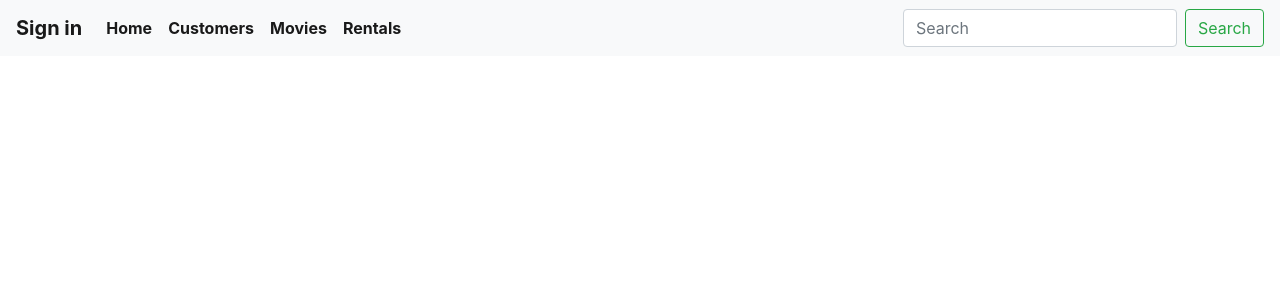
Repository: messimacky/Movie-Rental-System-Front-End
Page: /navbar
The author's editor kept a copy of each file at every save. The page is drawn from the files as they stood at one save, then again after the next save.
The browser window is 1280 px wide. The pictures show the whole page.
The project was rebuilt for these pictures with package versions that can differ from the ones it lists, and the page was loaded fresh each time. Also part of the build but not shown: src/http-common.js, src/services/movie.service.js, src/components/AddMovie.js, src/components/MoviesList.js, src/components/NotFound.js, src/components/login/Login.js, src/services/customer.service.js, src/components/AddCustomer.js and 7 more.

Above is the page before, as saved 2022-04-25 15:51:54.

### src/App.js
import { BrowserRouter as Router, Switch, Route } from 'react-router-dom';
import AddMovie from './components/AddMovie';
import MoviesList from "./components/MoviesList";
import NotFound from "./components/NotFound";
import Login from './components/login/Login';
import AddCustomer from './components/AddCustomer'
import CustomersList from './components/CustomerList';
import RentalsList from './components/RentalsList';
import AddRental from './components/AddRental';
import Home from './components/Home';
import Signup from './components/signup/Signup';
import Navbar from './components/Navbar';
function App() {
  return (
    <Router>
      <div>
        <Switch>

          <Route path="/navbar" component={Navbar} />

          <Route exact path="/" component={Home} />
          <Route exact path="/movies" component={MoviesList} />
          <Route path="/add-movie" component={AddMovie} />
          <Route path="/movies/edit/:id" component={AddMovie} />




          <Route exact path="/customers" component={CustomersList} />
          <Route path="/add-customer" component={AddCustomer} />
          <Route path="/customers/edit/:id" component={AddCustomer} />



          <Route path="/login" component={Login} />
          <Route path="/signup" component={Signup} />


          <Route exact path="/rentals" component={RentalsList} />
          <Route exact path="/add-rental" component={AddRental} />
          <Route path="/rentals/edit/:id" component={AddRental} />


          <Route path="*" component={NotFound} />
        </Switch>
      </div>
    </Router>
  )
}

export default App;

### src/components/Navbar.js
const Navbar = () => {
    return (
        <nav className="navbar navbar-expand-lg navbar-light bg-light">
            <a className="navbar-brand" href="login"> <b>Sign in</b> </a>
            <button className="navbar-toggler" type="button" data-toggle="collapse" data-target="#navbarSupportedContent" aria-controls="navbarSupportedContent" aria-expanded="false" aria-label="Toggle navigation">
                <span className="navbar-toggler-icon"></span>
            </button>

            <div className="collapse navbar-collapse" id="navbarSupportedContent">
                <ul className="navbar-nav mr-auto">
                    <li className="nav-item active">
                        <a className="nav-link" href="/"> <b>Home</b> <span class="sr-only">(current)</span></a>
                    </li>

                    <ul className="navbar-nav mr-auto">
                        <li className="nav-item active">
                            <a className="nav-link" href="/customers"> <b>Customers</b> <span class="sr-only">(current)</span></a>
                        </li>

                    </ul>


                    <ul className="navbar-nav mr-auto">
                        <li className="nav-item active">
                            <a className="nav-link" href="/movies"> <b>Movies</b> <span class="sr-only">(current)</span></a>
                        </li>

                    </ul>

                    <ul className="navbar-nav mr-auto">
                        <li className="nav-item active">
                            <a className="nav-link" href="/rentals"> <b>Rentals</b> <span class="sr-only">(current)</span></a>
                        </li>

                    </ul>


                </ul>
                <form className="form-inline my-2 my-lg-0">
                    <input className="form-control mr-sm-2" type="search" placeholder="Search" aria-label="Search" />
                    <button className="btn btn-outline-success my-2 my-sm-0" type="submit">Search</button>
                </form>
            </div>
        </nav>


    );
}

export default Navbar;

### src/components/login/Login.css
body {
    margin: 0;
    padding: 0;
    /* font-family: sans-serif; */
    background-size: cover;
    background-repeat: no-repeat;
}



.form {
    position: absolute;
    top: 50%;
    left: 50%;
    border: none;
    transform: translate(-50%, -50%);
    width: 400px;
    min-height: 450px;
    background-color: #fff;
    box-shadow: 0 15px 50px rgba(0, 0, 0, 0.5);
    padding: 50px;
    box-sizing: border-box;

    /* background: url(data:[embedded picture, 5679 characters]); */
    /* background: url(https://picsum.photos/3000/2000/?image=1015); */



}

.form h2 {
    margin-left: 60px;
    margin-top: 40px;
    color: white;
    /* margin: 30 0 40px; */
    padding: 0;
    color: black;
}

.form .input-box {
    position: relative;
    margin: 5px 0;
}

.form .input-box input {
    width: 100%;
    font-size: px;
    border: none;
    border-bottom: 2px solid #777;
    outline: none;
    padding: 10px;
    padding-left: 30px;
    box-sizing: border-box;
    font-weight: bold;
    color: #777;
}

.form .input-box input:focus,
.form .input-box input:valid {
    border-bottom-color: #03a9f4;
}

.form .input-box .fa {
    position: absolute;
    top: 8px;
    left: 5px;
    font-size: 18px;
    color: #777;
}

.form .input-box input[type="submit"] {
    border: none;
    cursor: pointer;
    background-color: #03a9f4;
    color: #fff;
    font-weight: bold;
    transition: 0.5s;
}

.form .input-box input[type="submit"]:hover {
    background-color: #ff4987;

}

.form a {
    text-decoration: none;
    color: black;

    margin-top: 4px;
    margin-left: 170px;
    /* font-weight: bold; */
    display: inline-block;
    transition: 0.5s;
}


.submit {
    margin-top: 30px;
    margin-left: 30px;


}

.form a {
    margin-top: 20px;
    margin-left: 50px;
    color: black;
    color: blue;
}

.form button {
    margin-top: 10px;
    margin-left: 50px;
    color: black;
    outline: invert;

}

.form button :hover {

    color: blue;
}

### src/components/AddCustomer.css
body {
    margin: 0;
    padding: 0;
    /* font-family: sans-serif; */
    background-size: cover;
    background-repeat: no-repeat;
}



.form {
    position: absolute;
    top: 50%;
    left: 50%;
    border: none;
    transform: translate(-50%, -50%);
    width: 400px;
    min-height: 450px;
    background-color: #fff;
    box-shadow: 0 15px 50px rgba(0, 0, 0, 0.5);
    padding: 50px;
    box-sizing: border-box;

    /* background: url(data:[embedded picture, 5679 characters]); */
    /* background: url(https://picsum.photos/3000/2000/?image=1015); */



}

.form h2 {
    margin-left: 60px;
    margin-top: 40px;
    color: white;
    /* margin: 30 0 40px; */
    padding: 0;
    color: black;
}

.form .input-box {
    position: relative;
    margin: 5px 0;
}

.form .input-box input {
    width: 100%;
    font-size: px;
    border: none;
    border-bottom: 2px solid #777;
    outline: none;
    padding: 10px;
    padding-left: 30px;
    box-sizing: border-box;
    font-weight: bold;
    color: #777;
}

.form .input-box input:focus,
.form .input-box input:valid {
    border-bottom-color: #03a9f4;
}

.form .input-box .fa {
    position: absolute;
    top: 8px;
    left: 5px;
    font-size: 18px;
    color: #777;
}

.form .input-box input[type="submit"] {
    border: none;
    cursor: pointer;
    background-color: #03a9f4;
    color: #fff;
    font-weight: bold;
    transition: 0.5s;
}

.form .input-box input[type="submit"]:hover {
    background-color: #ff4987;

}

.form a {
    text-decoration: none;
    color: black;

    margin-top: 4px;
    margin-left: 170px;
    /* font-weight: bold; */
    display: inline-block;
    transition: 0.5s;
}


.submit {
    margin-top: 30px;
    margin-left: 30px;


}

.form a {
    margin-top: 20px;
    margin-left: 50px;
    color: black;
    color: blue;
}

.form button {
    margin-top: 10px;
    margin-left: 50px;
    color: black;
    outline: invert;

}

.form button :hover {

    color: blue;
}

### src/components/signup/Signup.css
body {
    margin: 0;
    padding: 0;
    /* font-family: sans-serif; */
    background-size: cover;
    background-repeat: no-repeat;
}



.form {
    position: absolute;
    top: 50%;
    left: 50%;
    border: none;
    transform: translate(-50%, -50%);
    width: 400px;
    min-height: 450px;
    background-color: #fff;
    box-shadow: 0 15px 50px rgba(0, 0, 0, 0.5);
    padding: 50px;
    box-sizing: border-box;

    /* background: url(data:[embedded picture, 5679 characters]); */
    /* background: url(https://picsum.photos/3000/2000/?image=1015); */



}

.form h2 {
    margin-left: 60px;
    margin-top: 40px;
    color: white;
    /* margin: 30 0 40px; */
    padding: 0;
    color: black;
}

.form .input-box {
    position: relative;
    margin: 5px 0;
}

.form .input-box input {
    width: 100%;
    font-size: px;
    border: none;
    border-bottom: 2px solid #777;
    outline: none;
    padding: 10px;
    padding-left: 30px;
    box-sizing: border-box;
    font-weight: bold;
    color: #777;
}

.form .input-box input:focus,
.form .input-box input:valid {
    border-bottom-color: #03a9f4;
}

.form .input-box .fa {
    position: absolute;
    top: 8px;
    left: 5px;
    font-size: 18px;
    color: #777;
}

.form .input-box input[type="submit"] {
    border: none;
    cursor: pointer;
    background-color: #03a9f4;
    color: #fff;
    font-weight: bold;
    transition: 0.5s;
}

.form .input-box input[type="submit"]:hover {
    background-color: #ff4987;

}

.form a {
    text-decoration: none;
    color: black;

    margin-top: 4px;
    margin-left: 170px;
    /* font-weight: bold; */
    display: inline-block;
    transition: 0.5s;
}


.submit {
    margin-top: 30px;
    margin-left: 30px;


}

.form a {
    margin-top: 20px;
    margin-left: 50px;
    color: black;
    color: blue;
}

.form button {
    margin-top: 10px;
    margin-left: 50px;
    color: black;
    outline: invert;

}

.form button :hover {

    color: blue;
}

Loaded but not shown: public/index.html (common file); src/index.js (common file); src/index.css (common file); src/reportWebVitals.js (common file)

After the next save:
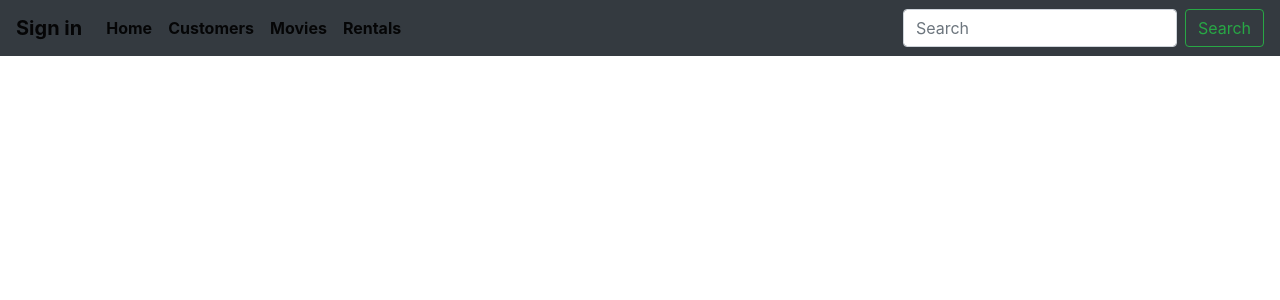
Saved 35 s later.
--- a/src/components/Navbar.js
+++ b/src/components/Navbar.js
@@ -1,6 +1,6 @@
 const Navbar = () => {
     return (
-        <nav className="navbar navbar-expand-lg navbar-light bg-light">
+        <nav className="navbar navbar-expand-lg navbar-light bg-dark">
             <a className="navbar-brand" href="login"> <b>Sign in</b> </a>
             <button className="navbar-toggler" type="button" data-toggle="collapse" data-target="#navbarSupportedContent" aria-controls="navbarSupportedContent" aria-expanded="false" aria-label="Toggle navigation">
                 <span className="navbar-toggler-icon"></span>
